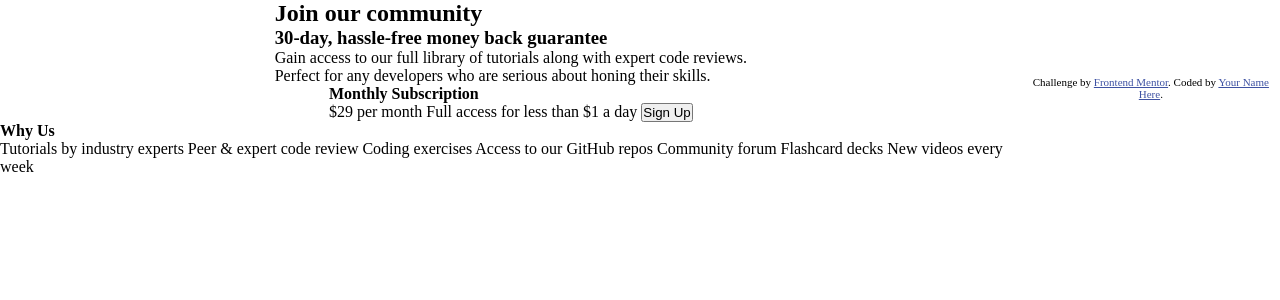
Repository: jminervino/PriceGridComponent
Page: index.html
An editor plug-in stored every save of this project. The page is shown before and after the next save, followed by the edit.
The browser window is 1280 px wide. The pictures show the whole page.

Above is the page before, as saved 2022-02-05 22:52:25.

After the next save:
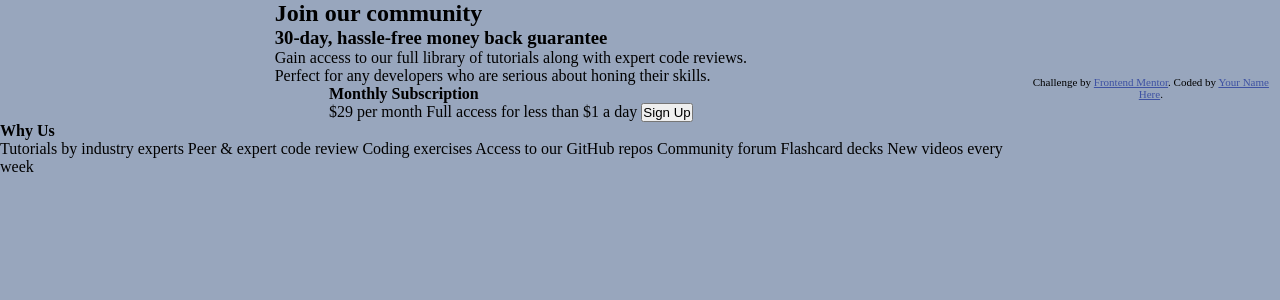
Saved 33 s later.
--- a/style.css
+++ b/style.css
@@ -4,6 +4,7 @@
 }
 
 body {
+    background-color: hsl(218, 22%, 67%);
     display: flex;
     align-items: center;
     justify-content: center;
@@ -16,4 +17,6 @@
     flex-direction: column;
 }
 
-.box-one
+.box-one {
+
+}

After the save that followed:
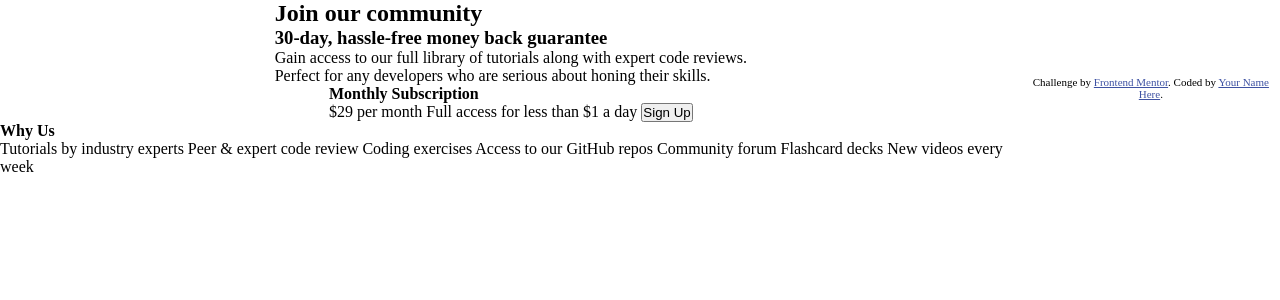
Saved 4 s later.
--- a/style.css
+++ b/style.css
@@ -4,7 +4,7 @@
 }
 
 body {
-    background-color: hsl(218, 22%, 67%);
+    background-color: ;
     display: flex;
     align-items: center;
     justify-content: center;
